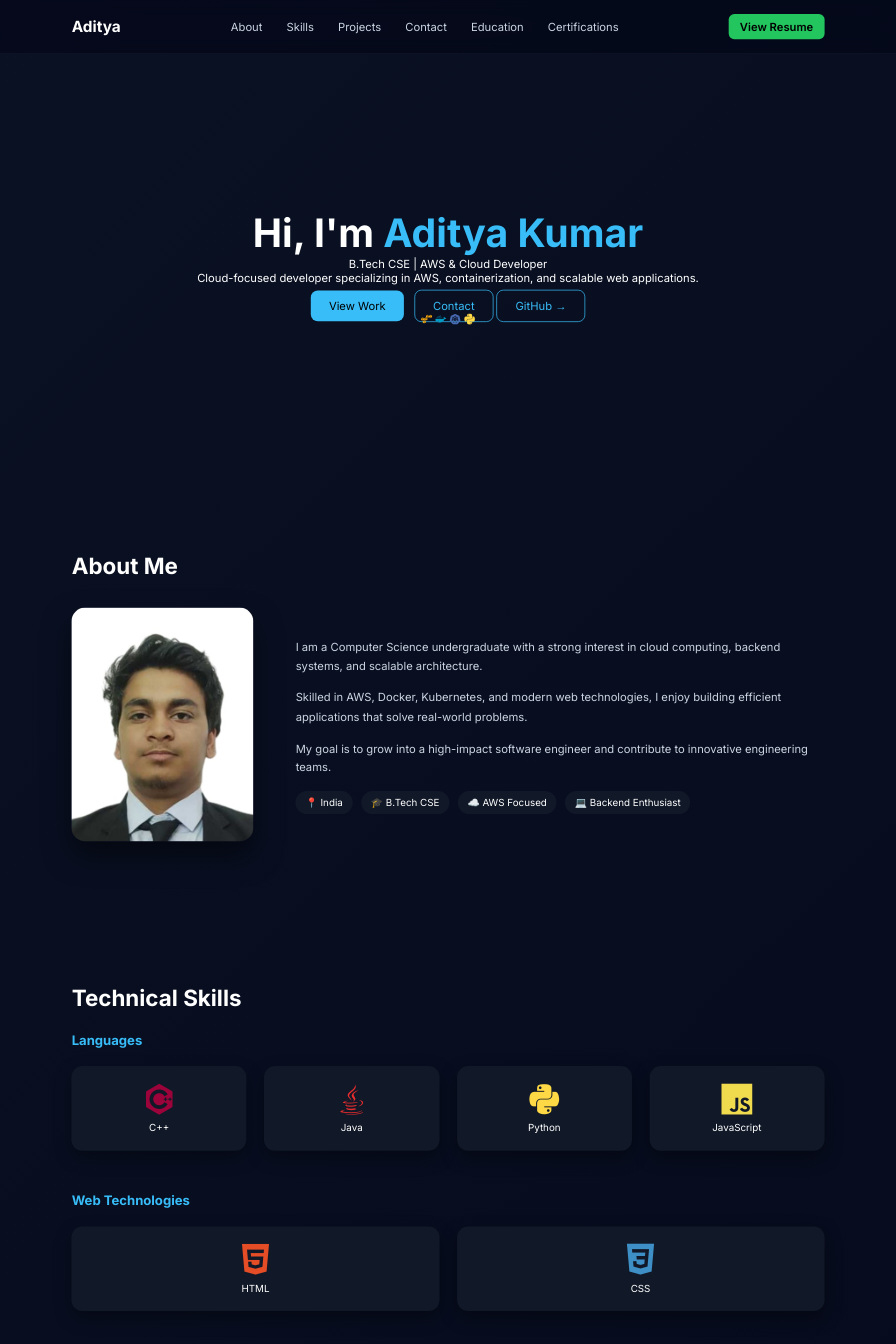
Repository: Aditya2419/My-Portfolio
Page: index.html
An editor plug-in stored every save of this project. The page is shown before and after the next save, followed by the edit.
The browser window is 1280 px wide. The pictures show the part of the page from y = 0 to 1920 px (the page is 5718 px tall), at 70% of full size.

Above is the page before, as saved 2026-02-18 23:49:27.
Console error: TypeError: Cannot set properties of null (setting 'textContent')

After the next save:
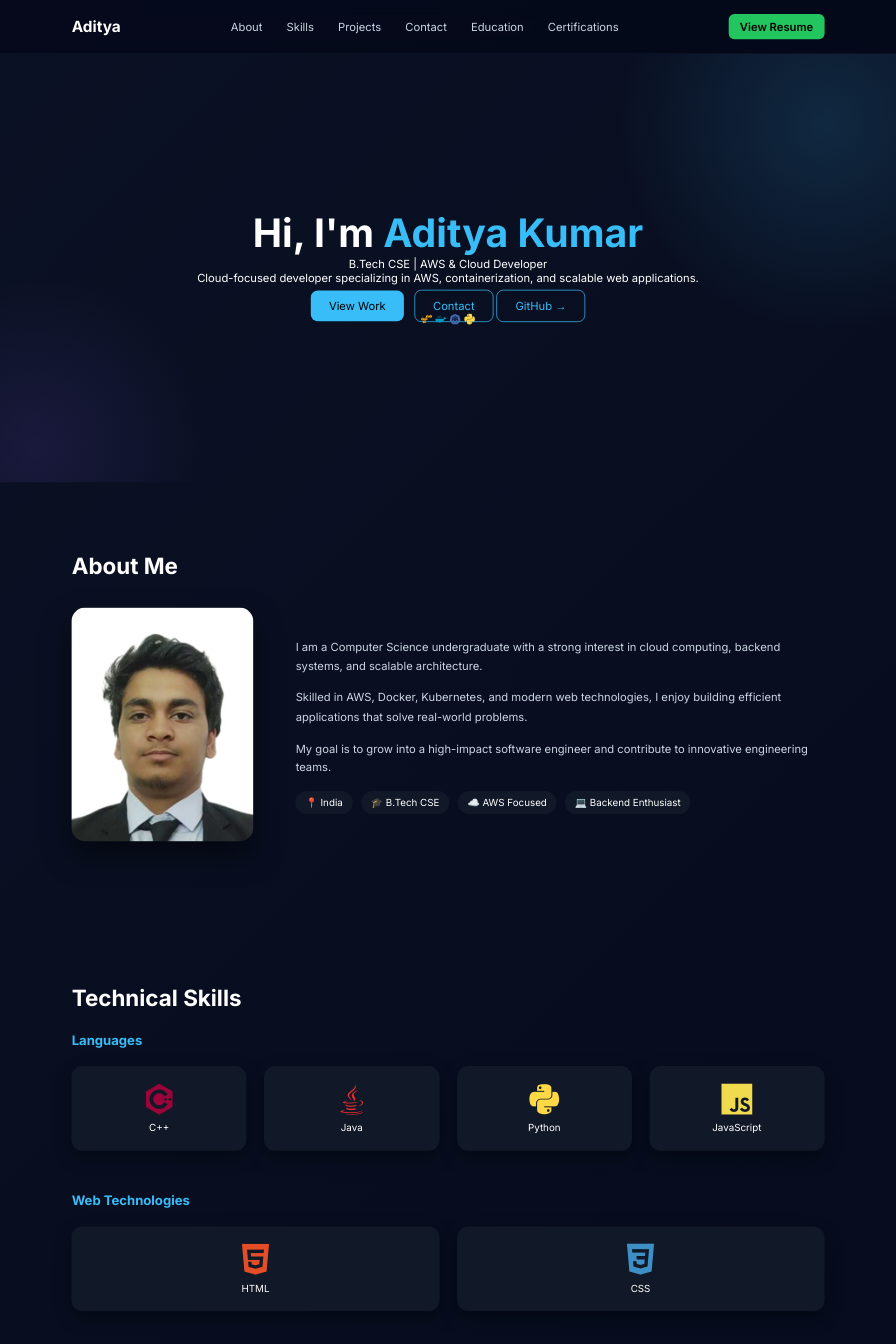
Saved 40 s later.
--- a/style.css
+++ b/style.css
@@ -86,6 +86,33 @@
         position:relative;
         overflow:hidden;
     }
+    .hero::before{
+        content:"";
+        position:absolute;
+        width:600px;
+        height:600px;
+        background:radial-gradient(circle, rgba(56,189,248,0.15), transparent 70%);
+        top:-200px;
+        right:-200px;
+        z-index:0;
+    }
+
+        .hero::after{
+        content:"";
+        position:absolute;
+        width:500px;
+        height:500px;
+        background:radial-gradient(circle, rgba(139,92,246,0.12), transparent 70%);
+        bottom:-200px;
+        left:-200px;
+        z-index:0;
+    }
+
+        .hero *{
+        position:relative;
+        z-index:1;
+    }
+
 
 
     .hero span{
